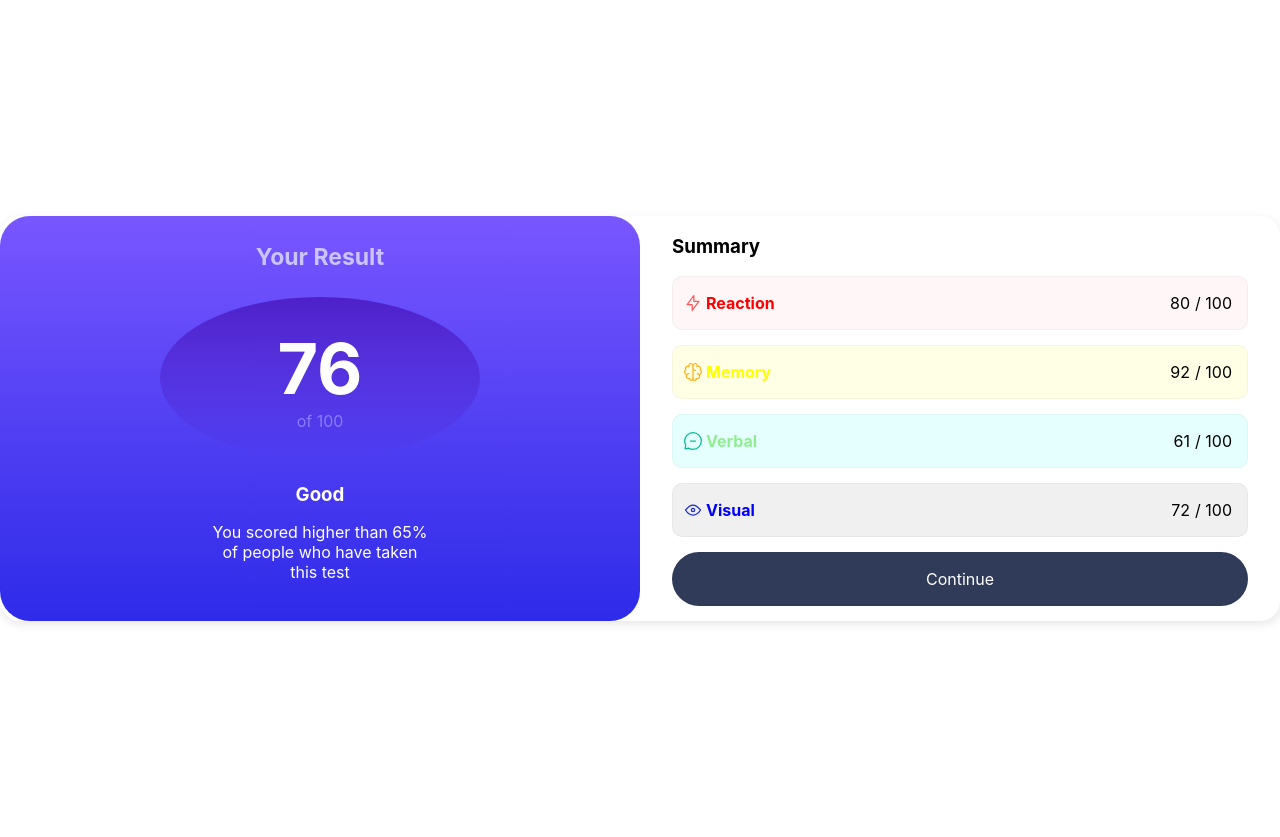
Repository: JeanPaulBassil/Result-Summary-Design
Page: /
The author's editor kept a copy of each file at every save. The page is drawn from the files as they stood at one save, then again after a run of saves.
The browser window is 1280 px wide. The pictures show the whole page.
The project was rebuilt for these pictures with package versions that can differ from the ones it lists, and the page was loaded fresh each time.

Above is the page before, as saved 2023-02-24 18:23:11.

### src/index.css
body {
  margin: 0;
  font-family: -apple-system, BlinkMacSystemFont, 'Segoe UI', 'Roboto', 'Oxygen',
    'Ubuntu', 'Cantarell', 'Fira Sans', 'Droid Sans', 'Helvetica Neue',
    sans-serif;
  -webkit-font-smoothing: antialiased;
  -moz-osx-font-smoothing: grayscale;
}

code {
  font-family: source-code-pro, Menlo, Monaco, Consolas, 'Courier New',
    monospace;
}

.app{
  width: 100vw;
  height: 80vh;
  box-shadow: 1px 3px 10px rgba(0, 0, 0, .1);
  border-radius: 20px;
  display: block;
  margin: 30vh auto;
  display: grid;
  grid-template-columns: 1fr 1fr;
  height: auto;
}

@media (max-width: 1125){

}

### src/App.js
import Result from "./Components/Result/Result"
import Summary from "./Components/Summary/Summary"

export default function App() {
    return (
        <div className="app">
            <Result />
            <Summary />
        </div>
    )
};

### src/Components/Result/Result.js
import Description from "../Description/Description";
import Grade from "../Grade/Grade";
import data from "../../data.json";
import "./Result.css"

export default function Result() {
    const score = Math.floor(data.reduce((totalGrade, category) => totalGrade + category.score , 0) / data.length)

    return (
        <div className="result">
            <h3>Your Result</h3>
            <Grade score={score}/>
            <Description score={score}/>
        </div>
    )
};

### src/Components/Summary/Summary.js
import data from "../../data.json"
import './Summary.css'

export default function Summary() {
    const summary = data.map(part => {
        return (
            <div className={`part ${part.color}`}>
                <div>
                    <img className="icon" src={part.icon} alt={part.category}/>
                    <h4>{part.category}</h4>
                </div>
                <div className="secGrade">
                    <p>{part.score}</p>
                    <p>/ 100</p>
                </div>
            </div>
        )
    })

    return (
        <div className="summary">
            <h3>Summary</h3>
            <div>
                {summary}
            </div>
            <div className="button">
                <p>Continue</p>
            </div>
        </div>
    )
};

### src/Components/Description/Description.js
import "./Description.css"

export default function Description({score}) {
    const performance = _ => {
        if (score >= 90) return ['Excellent', `You scored higher than 85% of people who have taken this test`]
        else if (score >= 80) return ['Great', `You scored higher than 75% of people who have taken this test`]
        else if (score >= 70) return ['Good', `You scored higher than 65% of people who have taken this test`]
        else if (score >= 60) return ['Not enough', `You're above nearly half the people who have taken this test`]
        else return ['Fail', `Most people who have taken this test passed over you`]
    }

    return (
        <div className="description">
            <h3>{performance()[0]}</h3>
            <p>{performance()[1]}</p>
        </div>
    )
};

### src/Components/Grade/Grade.js
import "./Grade.css"

export default function Grade({score}) {
    return (
        <div className="grade">
            <h1>{score}</h1>
            <p>of 100</p>
        </div>
    )
};

### src/data.json


[
  {
    "category": "Reaction",
    "score": 80,
    "icon": "./assets/images/icon-reaction.svg",
    "color": "red"
  },
  {
    "category": "Memory",
    "score": 92,
    "icon": "./assets/images/icon-memory.svg",
    "color": "yellow"
  },
  {
    "category": "Verbal",
    "score": 61,
    "icon": "./assets/images/icon-verbal.svg",
    "color": "green"
  },
  {
    "category": "Visual",
    "score": 72,
    "icon": "./assets/images/icon-visual.svg",
    "color": "blue"
  }
]

### src/Components/Result/Result.css
.result {
    display: grid;
    grid-template-rows: 1fr 2fr 2fr;
    align-items: center;
    justify-items: center;
    height: 100%;
    width: 100%;
    background-image: linear-gradient(to bottom,hsl(252, 100%, 67%), hsl(241, 81%, 54%));
    border-radius: 30px;
    color: white;
}

.result > h3 {
    font-size: 23px;
    color: #cbc4ff;
}

### src/Components/Summary/Summary.css
.part {
    display: flex;
    justify-content: space-between;
    border: 1px solid rgba(0, 0, 0, .04);
    margin-bottom: 15px;
    border-radius: 10px;
    padding: 0 10px;
}

.button {
    display: flex;
    justify-content: center;
    border: 1px solid rgba(0, 0, 0, .04);
    margin-bottom: 15px;
    border-radius: 50px;
    padding: 0 10px;
    background-color: #303b59;
    color: white

}

.button:hover {
    cursor: pointer;
}

.icon {
    margin-right: 3px
}

.summary {
    padding: 0 2rem;
    display: flex;
    flex-direction: column;
    justify-content: center;
}

.summary > h3 {
    align-self: flex-start;
}

.part > div {
    display: flex;
    align-items: center;
    justify-content: center;
}

.secGrade > p {
    /* display: inline; */
    margin-right: 5px;
}

.red {
    background-color: rgba(255, 0, 0, 0.03);
}

.red > div > h4 {
    margin: 0;
    color: red;
}

.yellow {
    background-color: rgba(255, 255, 0, 0.1);
}

.yellow > div > h4 {
    margin: 0;
    color: yellow;
}

.green {
    background-color: rgba(0, 255, 255, 0.1);
}

.green > div > h4 {
    margin: 0;
    color: lightgreen;
}

.blue {
    background-color: rgba(0, 0, 0, 0.06);
}

.blue > div > h4 {
    margin: 0;
    color: blue;
}

### src/Components/Description/Description.css
.description {
    display: flex;
    flex-direction: column;
    align-items: center;
    justify-content: center;
}

.description > p{
    inline-size: 220px;
    text-align: center;
}

.description > h3 {
    margin: 0;
}

### src/Components/Grade/Grade.css
.grade {
    display: flex;
    flex-direction: column;
    justify-content: center;
    align-items: center;
    background-image: linear-gradient(to bottom, hsla(256, 72%, 46%, 1), hsla(241, 72%, 46%, 0));
    border-radius: 50%;
    inline-size: 50%;
    block-size: 100%;
}

.grade > h1 {
    margin: 0;
    font-size: 70px;
}

.grade > p {
    margin: 0;
    color: #8a7cff;
}

Loaded but not shown: public/index.html (common file); src/index.js (common file)

After the next 2 saves:
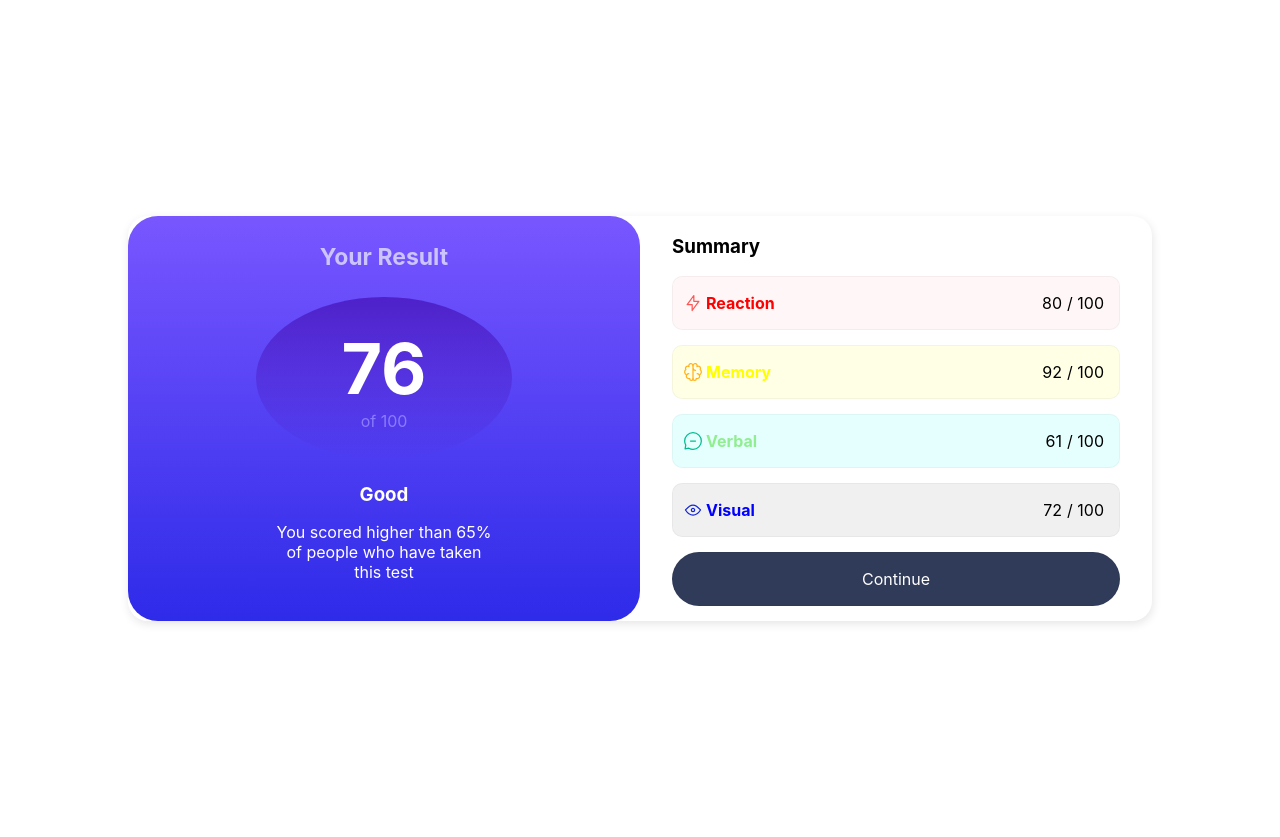
The 2 saves are shown as one change because they came seconds apart.
The last was saved 8 s later.
--- a/src/index.css
+++ b/src/index.css
@@ -13,8 +13,8 @@ code {
 }
 
 .app{
-  width: 100vw;
-  height: 80vh;
+  width: 80vw;
+  height: 100vh;
   box-shadow: 1px 3px 10px rgba(0, 0, 0, .1);
   border-radius: 20px;
   display: block;
